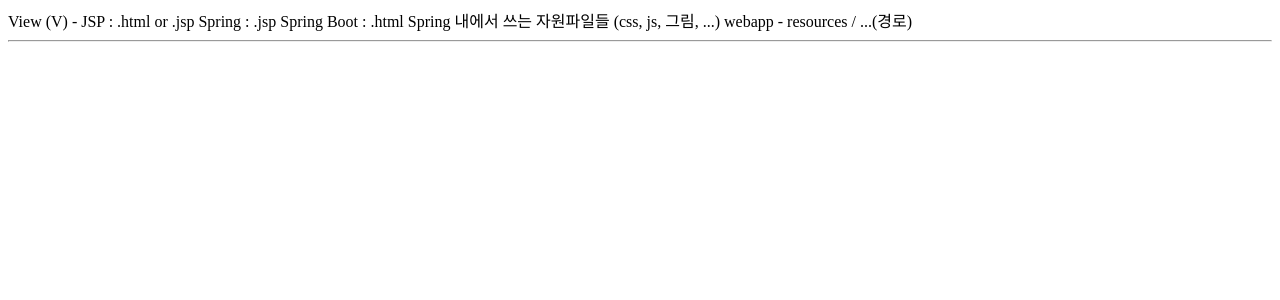
Repository: moondolph/SKKU_IT_Education
Page: http://localhost/Sep30_2_SpringMVC/WEB-INF/views/index.jsp
These files come from the project's save history. The page is drawn as it stood at one moment and after the next save; the edit follows.
The browser window is 1280 px wide. The pictures show the whole page.
The page is served by Tomcat 9. Nobody is signed in. The template is opened directly, without the code that normally fills it, so the values that code supplies are empty.

Above is the page before, as saved 2022-09-30 01:48:03.

After the next save:
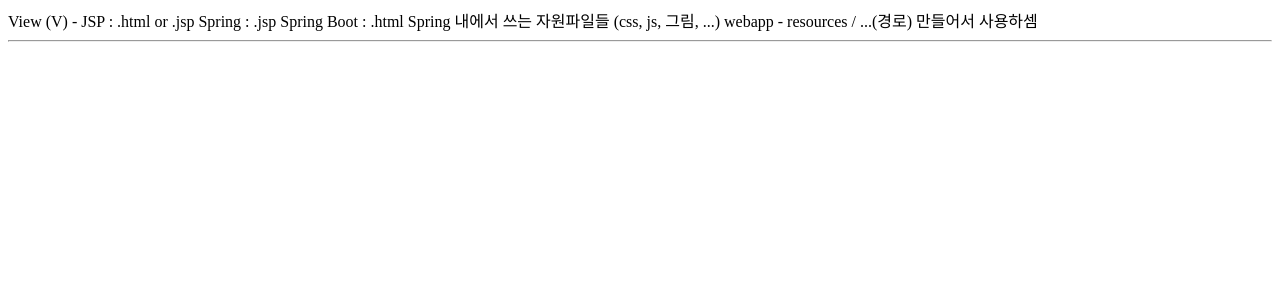
Saved 15 s later.
--- a/Sep30_2_SpringMVC/src/main/webapp/WEB-INF/views/index.jsp
+++ b/Sep30_2_SpringMVC/src/main/webapp/WEB-INF/views/index.jsp
@@ -13,7 +13,7 @@
 		Spring Boot : .html
 
 		Spring 내에서 쓰는 자원파일들 (css, js, 그림, ...)
-			webapp - resources / ...(경로)
+			webapp - resources / ...(경로) 만들어서 사용하셈
 	<hr>
 </body>
 </html>
